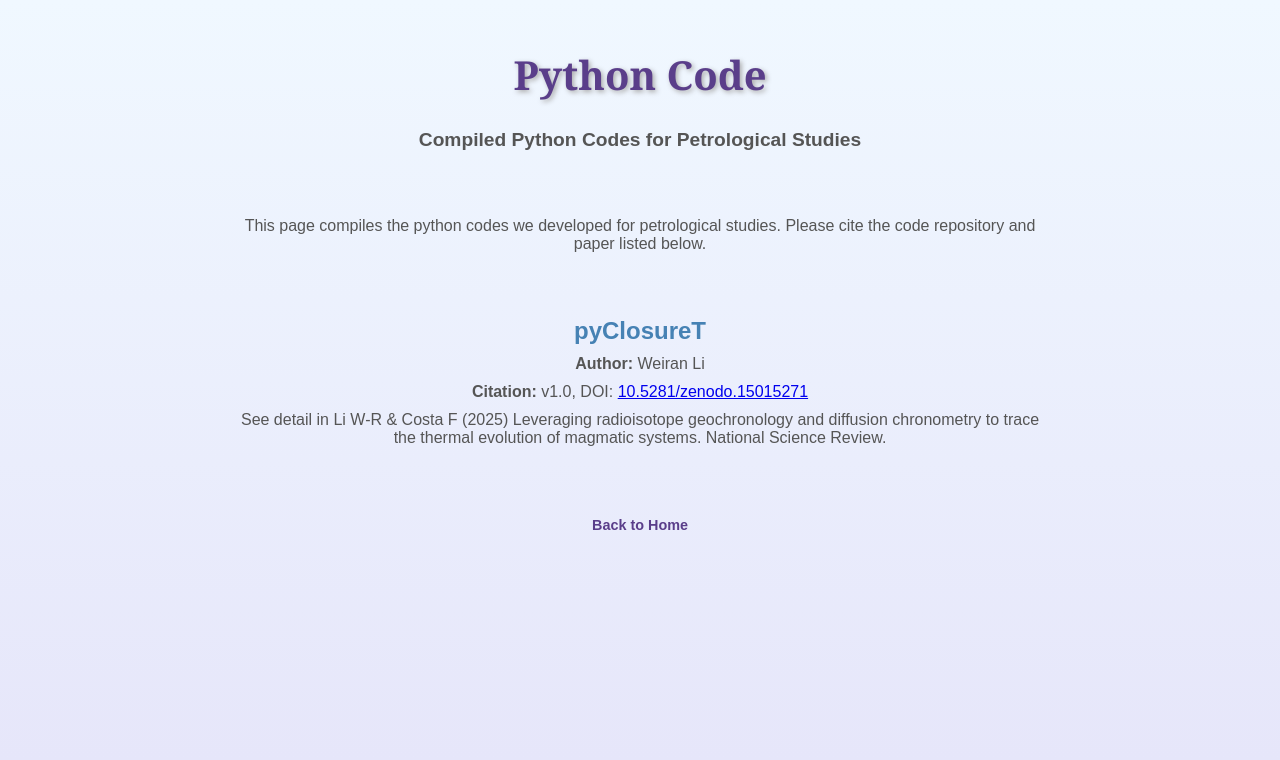
Repository: Abyss2019/home_page
Page: python-code/index.html
An editor plug-in stored every save of this project. The page is shown before and after the next save, followed by the edit.
The browser window is 1280 px wide. The pictures show the whole page.

Above is the page before, as saved 2025-04-06 10:03:09.

After the next save:
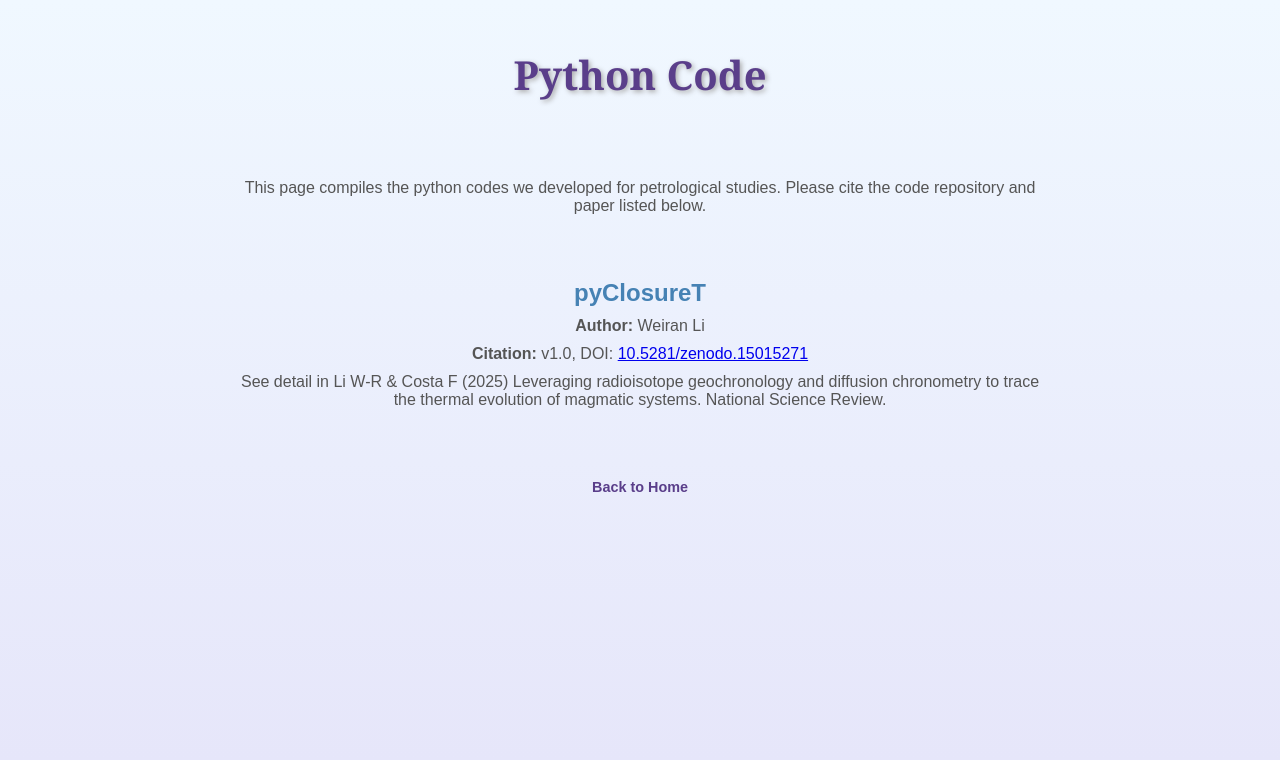
Saved 5 min 34 s later.
--- a/python-code/index.html
+++ b/python-code/index.html
@@ -75,7 +75,7 @@
 <body>
   <header>
     <h1>Python Code</h1>
-    <h2>Compiled Python Codes for Petrological Studies</h2>
+    <!-- <h2>Compiled Python Codes for Petrological Studies</h2> -->
   </header>
 
   <div class="intro">
